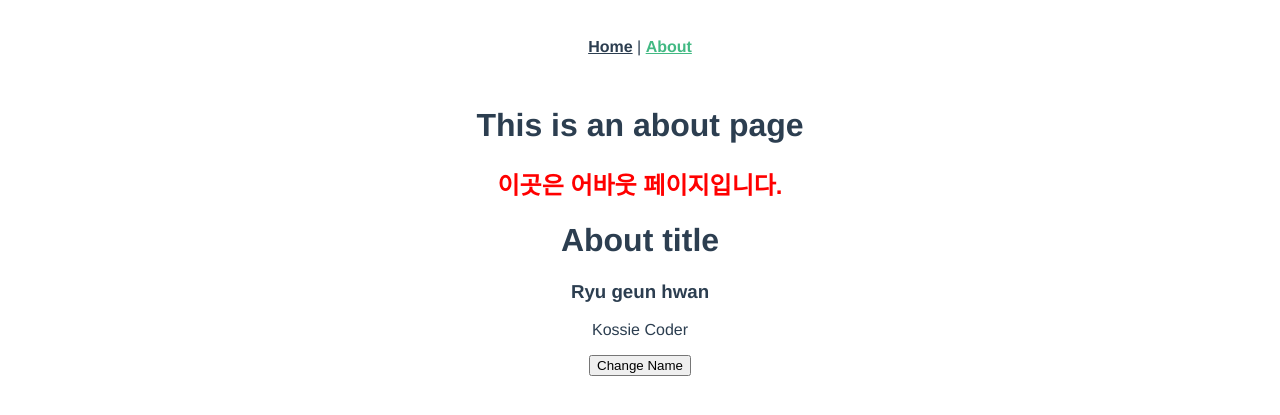
Repository: RyuGeunHwan/code_J
Page: /about (app in vue-props/)
The author's editor kept a copy of each file at every save. The page is drawn from the files as they stood at one save, then again after the next save.
The browser window is 1280 px wide. The pictures show the whole page.
The project was rebuilt for these pictures with package versions that can differ from the ones it lists, and the page was loaded fresh each time. Also part of the build but not shown: vue-props/src/views/Home.vue.

Above is the page before, as saved 2022-08-12 08:49:30.

After the next save:
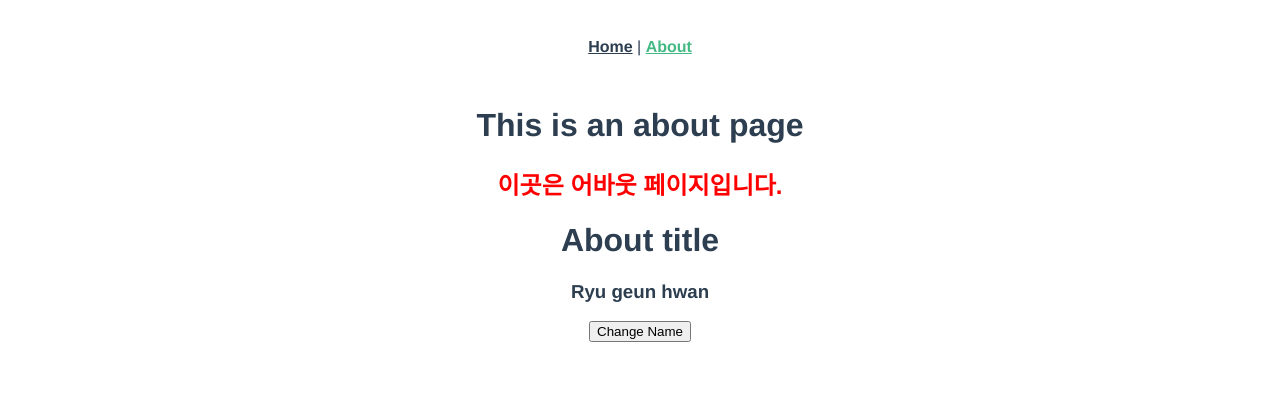
Saved 2 min 43 s later.
--- a/vue-props/src/components/KossieCoder.vue
+++ b/vue-props/src/components/KossieCoder.vue
@@ -1,8 +1,8 @@
 <template>
     <div>
         <h1>{{title}}</h1>
-        <h3>{{myName}}</h3>
-        <p>{{  name  }}</p>
+        <h3>{{name}}</h3>
+        <!-- <p>{{  name  }}</p> -->
         <button @click="updateName">Change Name</button>
     </div>
 </template>
@@ -17,7 +17,7 @@ export default {
             default: 'default title'
             //default : 자식컴포넌트에서 props를 받아오지 않아도 default로 보여줌.
         },
-        myName: {
+        name: {
             type : String,
             required : false,
             //required = 무조건 항상 보내줘야한다는것
@@ -27,7 +27,7 @@ export default {
     },
     data(){
         return{
-            name : 'Kossie Coder'
+            // name : 'Kossie Coder'
         }
     },
     methods: {
